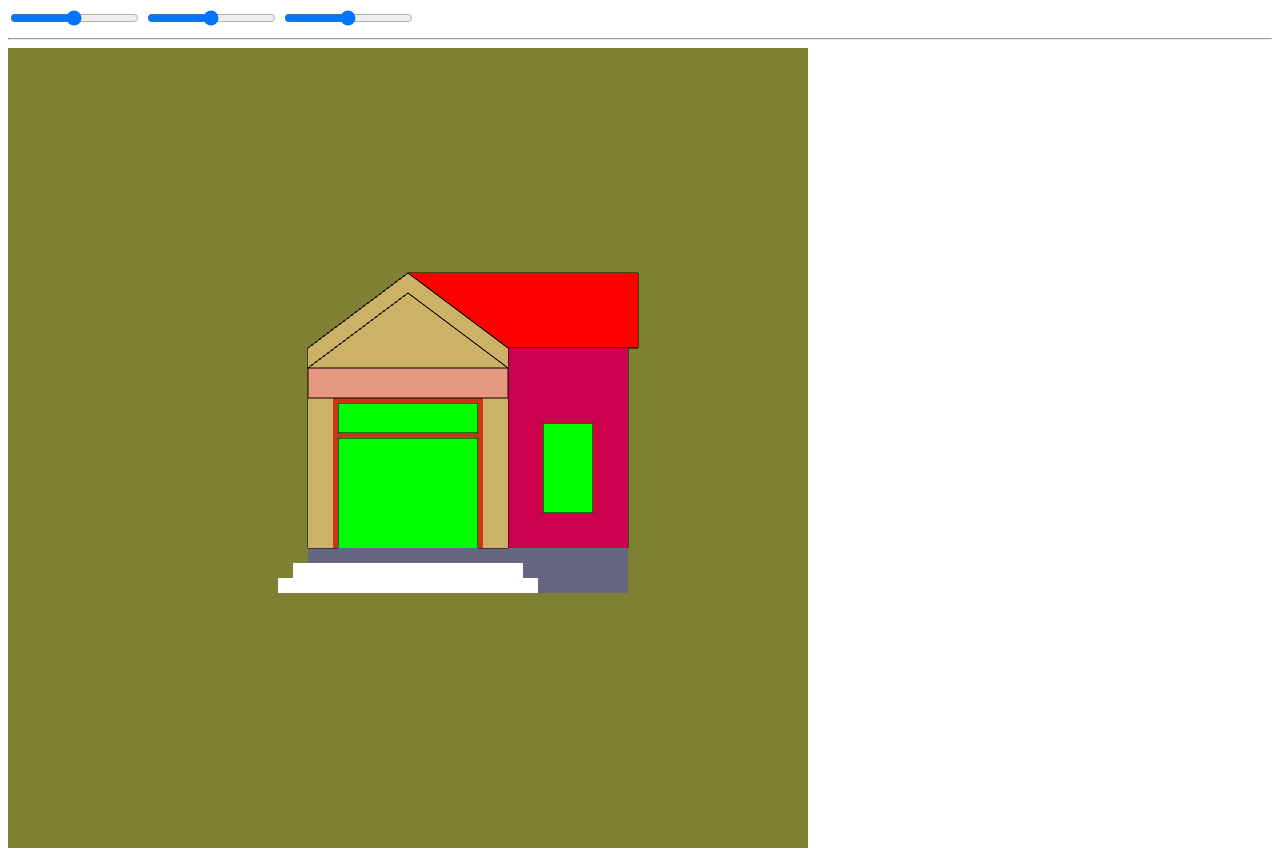
Repository: JoinGame-A36664/Build-House-WebGL
Page: index.html
An editor plug-in stored every save of this project. The page is shown before and after the next save, followed by the edit.
The browser window is 1280 px wide. The pictures show the whole page.

Above is the page before, as saved 2021-10-25 10:30:18.
Console error: ReferenceError: program is not defined

After the next save:
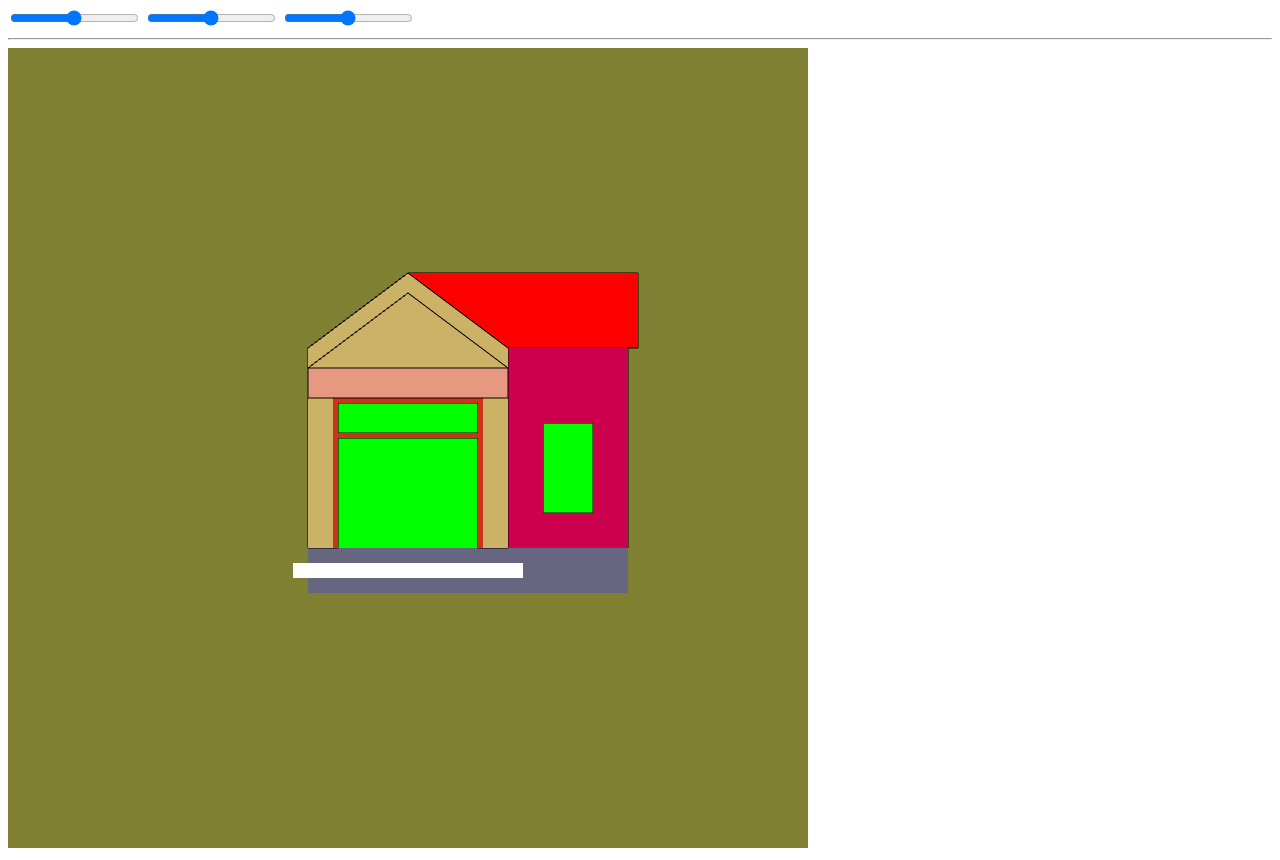
Saved 4 s later.
--- a/Bietthu1.js
+++ b/Bietthu1.js
@@ -243,12 +243,12 @@ function buildHouse(program, vertices, vertexColors) // Truyền vào những g
                     wall(program, vertices[78], vertices[75], vertices[76], vertices[77], vertexColors[0]);
                     wall(program, vertices[78], vertices[75], vertices[79], vertices[82], vertexColors[7]);
                     wall(program, vertices[75], vertices[76], vertices[80], vertices[79], vertexColors[7]);
-                    wall(program, vertices[82], vertices[78], vertices[77], vertices[81], vertexColors[7]);
-                    wall(program, vertices[83], vertices[84], vertices[85], vertices[86], vertexColors[0]);
-                    wall(program, vertices[83], vertices[84], vertices[87], vertices[88], vertexColors[7]);
-                    wall(program, vertices[85], vertices[84], vertices[87], vertices[90], vertexColors[7]);
-                    wall(program, vertices[85], vertices[86], vertices[89], vertices[90], vertexColors[7]);
-                    wall(program, vertices[88], vertices[83], vertices[89], vertices[86], vertexColors[7]);
+                    // wall(program, vertices[82], vertices[78], vertices[77], vertices[81], vertexColors[7]);
+                    // wall(program, vertices[83], vertices[84], vertices[85], vertices[86], vertexColors[0]);
+                    // wall(program, vertices[83], vertices[84], vertices[87], vertices[88], vertexColors[7]);
+                    // wall(program, vertices[85], vertices[84], vertices[87], vertices[90], vertexColors[7]);
+                    // wall(program, vertices[85], vertices[86], vertices[89], vertices[90], vertexColors[7]);
+                    // wall(program, vertices[88], vertices[83], vertices[89], vertices[86], vertexColors[7]);
                     wall(program, vertices[80], vertices[76], vertices[77], vertices[81], vertexColors[7]);
 
 
